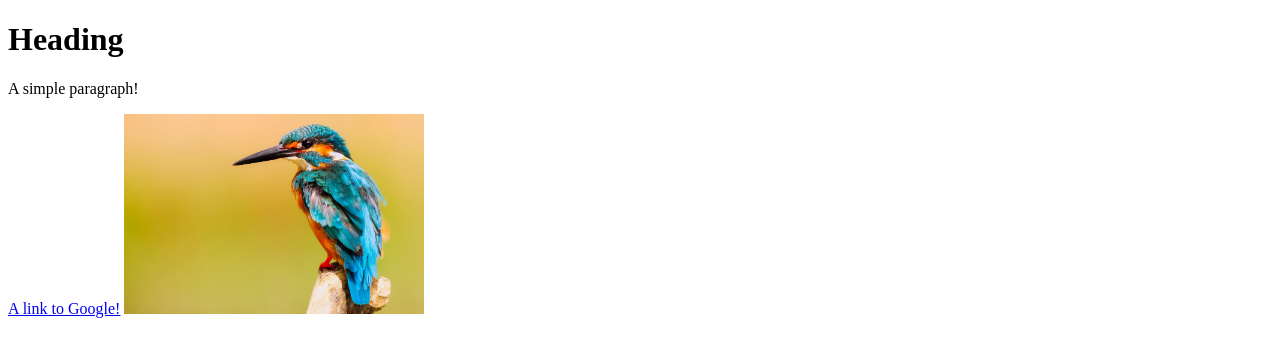
Repository: MizuS94/Curs-HTML---CSS
Page: Heading, paragraphs, links/6.inlinevsblock.html
An editor plug-in stored every save of this project. The page is shown before and after the next save, followed by the edit.
The browser window is 1280 px wide. The pictures show the whole page.

Above is the page before, as saved 2024-03-06 18:11:38.

### Heading, paragraphs, links/6.inlinevsblock.html
<!DOCTYPE html>
<html lang="en">
<head>
    <meta charset="UTF-8">
    <meta name="viewport" content="width=device-width, initial-scale=1.0">
    <title>Inline vs Block</title>
</head>
<body>
    <h1>Heading</h1>
    <p>A simple paragraph!</p>
    <a href="https://www.google.com/" title="Google Link">A link to Google!</a>
    <img src="Images/bird.jpg" alt="Photo with bird" width="300px" height="200px">
</body>
</html>

After the next save:
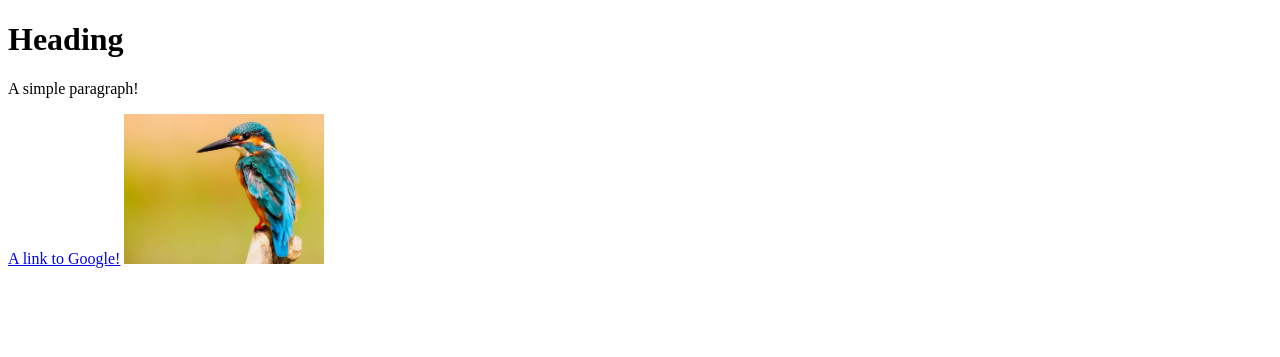
Saved 31 s later.
--- a/Heading, paragraphs, links/6.inlinevsblock.html
+++ b/Heading, paragraphs, links/6.inlinevsblock.html
@@ -9,6 +9,6 @@
     <h1>Heading</h1>
     <p>A simple paragraph!</p>
     <a href="https://www.google.com/" title="Google Link">A link to Google!</a>
-    <img src="Images/bird.jpg" alt="Photo with bird" width="300px" height="200px">
+    <img src="Images/bird.jpg" alt="Photo with bird" width="200px" height="150px">
 </body>
 </html>
